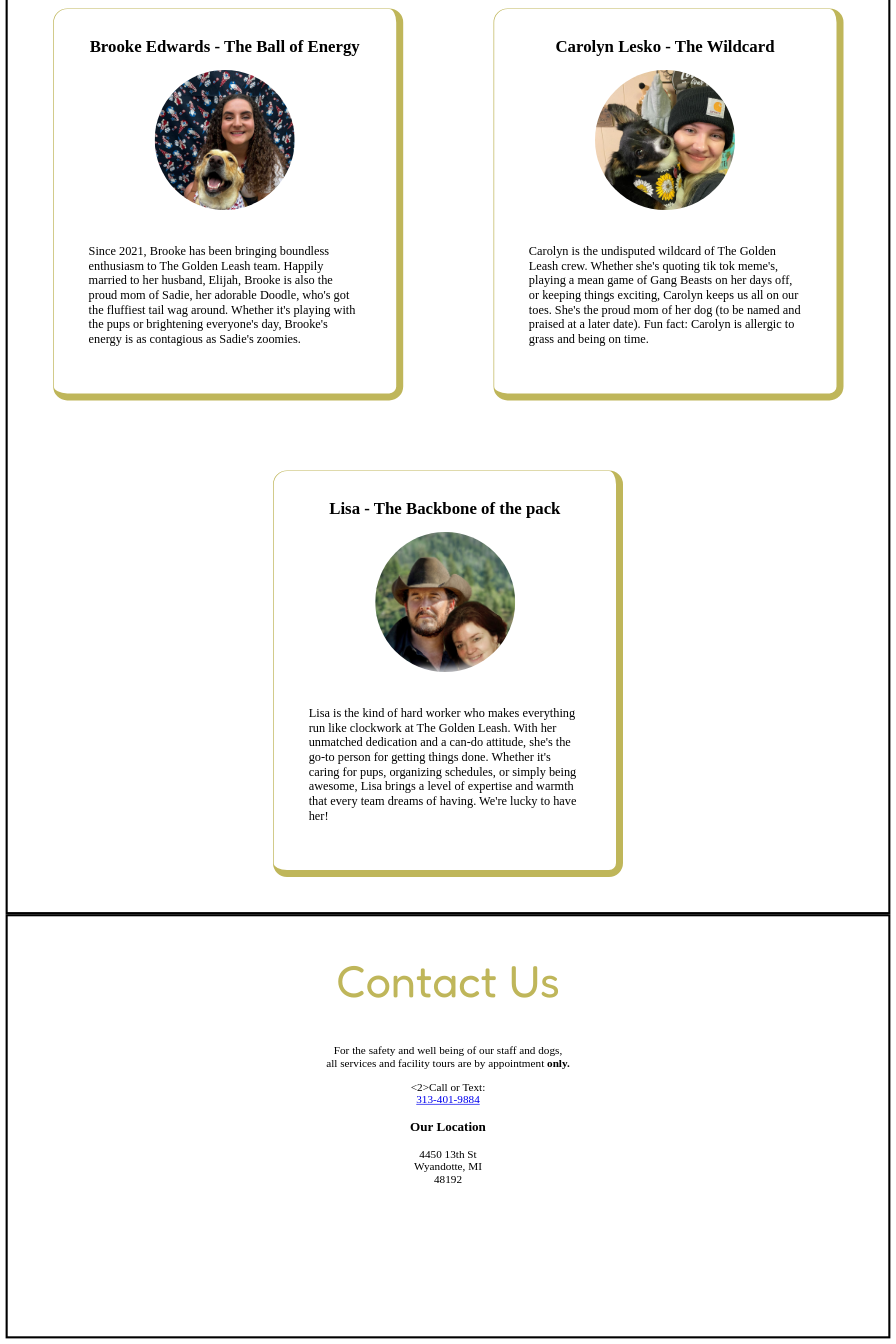
Repository: Aworminator/Thegoldenleash
Page: index.html
An editor plug-in stored every save of this project. The page is shown before and after a run of saves, followed by the edit.
The browser window is 1280 px wide. The pictures show the part of the page from y = 2820 to 4740 px (the page is 4740 px tall), at 70% of full size.

Above is the page before, as saved 2025-07-23 22:28:02.

### index.html
<!DOCTYPE html>
<html lang="en">
  <head>
    <meta charset="UTF-8" />
    <meta name="viewport" content="width=device-width, initial-scale=1.0" />
    <title>The Golden Leash</title>
    <link
      rel="stylesheet"
      href="https://cdnjs.cloudflare.com/ajax/libs/font-awesome/6.5.0/css/all.min.css"
      integrity="sha512-..."
      crossorigin="anonymous"
      referrerpolicy="no-referrer"
    />
    <link rel="stylesheet" href="style.css" />
    <link rel="preconnect" href="https://fonts.googleapis.com" />
    <link rel="preconnect" href="https://fonts.gstatic.com" crossorigin />
    <link
      href="https://fonts.googleapis.com/css2?family=Fredoka:wght@300..700&display=swap"
      rel="stylesheet"
    />
  </head>
  <body>
    <section class="home-page">
      <div class="image-container">
        <div>
          <div class="logo-container">
            <img src="./Images/GoldenLeashLogo No Nose.png" class="logo" />
            <img src="./Images/GoldenLeashLogo Nose.png" class="nose" alt="" />
          </div>
        </div>

        <ul class="list">
          <li class="list-item" id="story">Our Story</li>
          <li class="list-item" id="service">Services</li>
          <li class="list-item" id="contact">Contact Us</li>
        </ul>
      </div>
    </section>

    <section class="our-story">
      <h1>Our Story</h1>
      <p class="story-info info">
        Lorem ipsum odor amet, consectetuer adipiscing elit. Aenean quis
        bibendum condimentum mauris primis integer sollicitudin porttitor.
        Blandit condimentum aptent condimentum orci rhoncus pellentesque euismod
        a. Varius imperdiet fermentum aptent mollis sem eu. Mattis ante pharetra
        quisque nam odio nascetur per. Vitae pellentesque massa facilisi
        maecenas ligula felis. Tristique pulvinar iaculis inceptos lectus elit
        fusce. <br /><br />
        Nisl erat purus sem imperdiet varius erat taciti cursus. Leo ante lectus
        potenti lacus viverra senectus commodo fringilla. Imperdiet est
        parturient ornare imperdiet tempor vulputate. Parturient porttitor
        quisque platea turpis vel porta. Torquent feugiat curabitur posuere
        hendrerit ipsum eros vel erat. Aenean netus proin arcu taciti nec
        efficitur ullamcorper.
      </p>
    </section>

    <section class="services">
      <h1>Services</h1>
      <h2 class="clickForInfo">Click for Info</h2>
      <div class="icon-container">
        <i class="fa-solid fa-house icon" id="boarding"></i>
        <i class="fa-solid fa-dog icon" id="daycare"></i>
        <i class="fa-solid fa-paw icon" id="walks"></i>
        <i class="fa-solid fa-bath icon" id="grooming"></i>
      </div>

      <div class="service-info info" id="boarding">
        <h3>Boarding</h3>
        <h3>$75 Per/Night</h3>
        <h3>$80 Per/Night (In Home Boarding)</h3>
        <p>
          At The Golden Leash, our boarding service is truly cage-free—your dog
          enjoys a comfortable, home-like environment 24/7 with no kennels or
          crates. We believe every pup deserves freedom, companionship, and
          personalized attention, so they’re never confined and always part of
          the family. <br /><br />
          For dogs who prefer familiar surroundings, we also offer in-home
          boarding. Our trusted staff can stay at your home, ensuring your dog’s
          routine and comfort are maintained while you’re away. Whether at our
          place or yours, your dog receives loving care, playtime, and
          relaxation—just like they’re at home!
        </p>
      </div>
      <div class="service-info info" id="daycare">
        <h3>Daycare</h3>
        <h3>$35 Full Day (6-9 Hours)</h3>
        <h3>$25 Half Day (3-5 Hours)</h3>
        <p>
          At The Golden Leash, our doggy daycare is a great environment where
          your pup can play, socialize, and relax just like at home. We believe
          dogs thrive when they’re free to interact and explore, so we provide
          supervised group play and plenty of space for every personality.
          <br /><br />
          Our experienced staff ensures each dog’s safety and comfort, offering
          personalized attention throughout the day. Whether your dog loves to
          romp with friends or prefers quiet time, we tailor their experience to
          meet their needs. Give your dog a fun, stress-free day—no cages, just
          care!
        </p>
      </div>
      <div class="service-info info" id="walks">
        <h3>Walks</h3>
        <h3>$25</h3>
        <h4>(Starting at)</h4>
        <p>
          At The Golden Leash, we bring personalized care directly to you! Our
          team will stop by to check on your dog and take them for a walk
          tailored to their needs. Each walk typically lasts around 45 minutes,
          giving your pup plenty of exercise and attention. <br /><br />
          Your dog's safety and well-being are our top priorities. That’s why we
          monitor the weather closely, ensuring your furry friend isn’t exposed
          to unsafe conditions. We avoid walks in temperatures below 28°F, and
          during extreme heat, we’ll adjust walk times to protect your dog’s
          paws from hot sidewalks. Because your dog deserves the very best
          care—rain, shine, or snow!
        </p>
      </div>
      <div class="service-info info" id="grooming">
        <h3>Grooming</h3>
        <h3>$40 Basic Bath</h3>
        <h3>$50 Deshed</h3>
        <h4>(Starting at)</h4>
        <p>
          At The Golden Leash, our grooming service is designed to keep your dog
          looking and feeling their best in a stress-free, cage-free
          environment. We offer baths, brush-outs, nail trims, ear cleaning, and
          more—always tailored to your pup’s needs and comfort. <br /><br />
          Our experienced staff uses gentle techniques and high-quality products
          to ensure a safe, positive experience for every dog. Whether your pup
          needs a quick freshen-up or a full spa treatment, we provide
          personalized care with plenty of love and attention. Book a grooming
          session and let your dog shine!
        </p>
      </div>
    </section>

    <section class="staff">
      <h1>Meet The Staff!</h1>
      <div id="staff-cards"></div>
    </section>

    <section class="contact">
      <h1>Contact Us</h1>
      <div class="address-phone">
        <p>For the safety and well being of our staff and dogs, <br>
           all services and facility tours are by appointment <strong>only.</strong>

      </p>
        <p>
          <2>Call or Text:</strong><br>
          <a href="tel:+13134019884">313-401-9884</a>
          <h3>Our Location</h3>
          <div>4450 13th St
            <br>Wyandotte, MI
            <br>48192
          </div>
        </p>
    </section>

    <script src="script.js"></script>
  </body>
</html>

### style.css
h1 {
  font-family: "Fredoka", serif;
  font-optical-sizing: auto;
  font-weight: 400; /* Replace <weight> with a valid value */
  font-style: normal;
  color: #bfb65a;
  font-variation-settings: "wdth" 100;
  text-align: center;
  font-size: 4em;
}

/* Everything is looking great, just add paw background repate */

h2 {
  text-align: center;
}

.clickForInfo {
  font-family: "Fredoka", serif;
  color: #bfb65a;
}

.image-container {
  display: flex;
  flex-direction: row;
  justify-content: space-around;
}

.home-page {
  border: black solid 5px;
  min-height: 50vh;
  background-image: linear-gradient(
      rgba(255, 255, 255, 0.4),
      rgba(255, 255, 255, 0.4)
    ),
    url("./Images/Paws.png");
  background-repeat: no-repeat;
  background-position: 80%;
}

@keyframes paws-bg-move {
  0% {
    background-position: 160%;
  }
  25% {
    background-position: 140%;
  }
  50% {
    background-position: 120%;
  }
  75% {
    background-position: 100%;
  }
  100% {
    background-position: 80%;
  }
}

.home-page {
  animation: paws-bg-move 5s;
}

.services,
.staff,
.contact,
.our-story {
  border: black solid 3px;
  min-height: 600px;
}

.logo-container {
  position: relative;
  display: inline-block; /* or block, as needed */
}

.logo {
  display: block;
  width: 100%;
  max-width: 600px;
  height: auto;
}

.nose {
  position: absolute;
  left: 50%;
  top: 50%;
  transform: translate(-50%, -50%);
  width: 100%;
  height: auto;
  animation: nose-move 4s ease-in-out;
}
@keyframes nose-move {
  0% {
    transform: translate(-50%, -50%) scale(1);
  }
  25% {
    transform: translate(-50%, -50%) scale(1.2);
  }
  50% {
    transform: translate(-50%, -50%) scale(1.1);
  }
  75% {
    transform: translate(-50%, -50%) scale(1.2);
  }
  100% {
    transform: translate(-50%, -50%) scale(1);
  }
}

.list {
  font-size: 3em;
  padding: 50px;
}

li {
  font-family: "Fredoka", serif;
  font-optical-sizing: auto;
  font-weight: 400; /* Replace <weight> with a valid value */
  font-style: normal;
  color: #bfb65a;
  font-variation-settings: "wdth" 100;
  font-size: 1.3em;
  margin-bottom: 80px;
  text-shadow: 3px 3px 0px rgba(191, 183, 90, 0.336),
    0 0 16px rgba(191, 182, 90, 0.25);
}

.icon-container {
  display: flex;
  justify-content: center;
}

.icon {
  background-color: #bfb65a;
  width: 100px;
  aspect-ratio: 1 / 1;
  border-radius: 50%;
  display: flex;
  justify-content: center;
  align-items: center;
  font-size: 2em;
  margin: 30px;
}

.icon:hover,
.list-item:hover {
  transform: scale(1.1);
  transition: transform 0.2s;
}

.icon:active,
.list-item:active {
  transform: scale(0.9);
  transition: transform 0.2s;
}

.service-info,
.story-info {
  text-align: center;
  font-size: 1.5rem;
  margin: 100px;
}

.service-info {
  display: none;
  max-width: 1000px;
  /* width: 100%; */
  margin: 80px auto;
  background-color: rgb(229, 229, 229);
  border-radius: 10px;
  padding: 5px;
  animation: slide-fwd-tr 1.3s cubic-bezier(0.25, 0.46, 0.45, 0.94) both;
}

.service-info p {
  max-width: 500px;
  /* width: 1000%; */
  margin: 50px auto;
}

.card {
  width: 100%;
  max-width: 500px;
  border: none;
  border-bottom: 10px solid #bfb65a;
  border-right: 10px solid #bfb65a;
  border-top: 1px solid #bfb65a;
  border-left: 1px solid #bfb65a;
  border-radius: 20px;
  display: flex;
  flex-direction: column;
  justify-content: flex-start;
  align-items: center;
  margin: 50px;
  padding: 20px;
  box-sizing: border-box;
  overflow-wrap: break-word;
  word-wrap: break-word;
}

.profile-pic {
  height: 200px;
  border-radius: 50%;
  object-fit: cover;
  object-position: top;
  width: 200px;
}

.profile-pic:hover {
  transform: scale(1.15);
  transition: transform 0.2s;
}

#staff-cards {
  display: flex;
  flex-direction: row;
  flex-wrap: wrap;
  align-items: center;
  justify-content: space-around;
}

.staff-info {
  padding: 30px;
  font-size: 1.1em;
}

.address-phone {
  text-align: center;
}

@keyframes slide-fwd-tr {
  0% {
    opacity: 0%;
    transform: translateZ(180px) translateY(120px) translateX(-120px);
  }
  100% {
    opacity: 100%;
    transform: translateZ(0px) translateY(0px) translateX(0px);
  }
}

@media (max-width: 900px) {
  .image-container {
    flex-direction: column;
    align-items: center;
  }

  .info {
    font-size: 0.8em;
    width: 50%;
    /* figure out a way to make this wider */
  }

  .icon {
    font-size: 1.4em;
    margin: 15px;
  }

  .staff-info {
    width: 250px;
    font-size: 0.9em;
    overflow: visible;
    padding: 10px;
  }

  .service-info {
    width: 300px;
  }

  .card {
    margin: 20px;
    padding: 20px;
  }

  h1 {
    font-size: 2.5em;
  }

  li {
    font-size: 1em;
  }

  h2 {
    font-size: 1.2em;
    padding: 5px;
  }
}

@media (max-width: 600px) {
  .contact-form {
    padding: 18px 8px 14px 8px;
    max-width: 95vw;
  }
}

/* Contact Form Styles */
.contact-form {
  max-width: 500px;
  margin: 40px auto 0 auto;
  border-radius: 16px;
  box-shadow: 0 4px 24px rgba(191, 182, 90, 0.15);
  padding: 32px 28px 24px 28px;
  display: flex;
  flex-direction: column;
  gap: 18px;
}
.form-group {
  display: flex;
  flex-direction: column;
  gap: 6px;
}
.contact-form label {
  font-size: 1.1em;
  color: black;
  font-weight: 600;
  margin-bottom: 2px;
}
.contact-form input,
.contact-form textarea {
  padding: 10px 12px;
  border: 1.5px solid black;
  border-radius: 8px;
  font-size: 1em;
  font-family: inherit;
  transition: border 0.2s;
}
.contact-form input:focus,
.contact-form textarea:focus {
  outline: none;
  border: 2px solid black;
}
.contact-btn {
  background: #bfb65a;
  color: #fff;
  border: none;
  border-radius: 8px;
  padding: 12px 0;
  font-size: 1.1em;
  font-weight: 700;
  cursor: pointer;
  margin-top: 10px;
  box-shadow: 0 2px 8px rgba(191, 182, 90, 0.12);
  transition: background 0.2s, transform 0.2s;
}
.contact-btn:hover {
  background: #a49e4a;
  transform: translateY(-2px) scale(1.03);
}

### script.js
const staffMembers = [
  {
    name: "Alicia Stamper",
    title: "The top dog",
    image: "./Images/Staff Pictures/Alicia TGL Picture.jpg",
    info: "Alicia has been running The Golden Leash for over six years, and when she's not busy caring for your pups, she's baking up gourmet treats in her own doggy bakery. As the proud mom of Luke (her Hyena-like furball) and Clover (her lovable Black Lab), Alicia knows her way around a tail wag or two. When she's not running the show, you'll find her savoring a hot cup of tea, surrounded by friends and family, and enjoying a well-deserved Saturday chill session.",
  },
  {
    name: "Toni Garnica",
    title: "The partner in paws",
    image: "./Images/Staff Pictures/Toni TGL Picture.jpg",
    info: "Toni joined forces with Alicia in 2020 to make The Golden Leash the bark-tastic business it is today. She's happily married to Alec Garnica, her husband and fellow adventurer, and together they parents of : Obi (their devoted German Shepherd) and their mischievous feline sons, Po (Tuxedo Cat) and Hopper (Black Cat). Toni's all about loving her people, exploring her creative passions, and walking through life with God by her side—usually with Obi in tow.",
  },
  {
    name: "Brooke Edwards",
    title: "The Ball of Energy",
    image: "./Images/Staff Pictures/Brooke TGL Picture.jpg",
    info: "Since 2021, Brooke has been bringing boundless enthusiasm to The Golden Leash team. Happily married to her husband, Elijah, Brooke is also the proud mom of Sadie, her adorable Doodle, who's got the fluffiest tail wag around. Whether it's playing with the pups or brightening everyone's day, Brooke's energy is as contagious as Sadie's zoomies.",
  },
  {
    name: "Carolyn Lesko",
    title: "The Wildcard",
    image: "./Images/Staff Pictures/Carolyn TGL Picture.jpg",
    info: "Carolyn is the undisputed wildcard of The Golden Leash crew. Whether she's quoting tik tok meme's, playing a mean game of Gang Beasts on her days off, or keeping things exciting, Carolyn keeps us all on our toes. She's the proud mom of her dog (to be named and praised at a later date). Fun fact: Carolyn is allergic to grass and being on time.",
  },
  {
    name: "Lisa",
    title: "The Backbone of the pack",
    image: "./Images/Staff Pictures/Lisa and rip Van Winkle.png",
    info: "Lisa is the kind of hard worker who makes everything run like clockwork at The Golden Leash. With her unmatched dedication and a can-do attitude, she's the go-to person for getting things done. Whether it's caring for pups, organizing schedules, or simply being awesome, Lisa brings a level of expertise and warmth that every team dreams of having. We're lucky to have her!",
  },
];

const story = document.querySelector("#story");
const services = document.querySelector("#service");
const contact = document.querySelector("#contact");
const storySection = document.querySelector(".our-story");
const servicesSection = document.querySelector(".services");
const contactSection = document.querySelector(".contact");
const house = document.querySelector(".fa-house");
const dog = document.querySelector(".fa-dog");
const paw = document.querySelector(".fa-paw");
const bath = document.querySelector(".fa-bath");
const serviceInfo = document.querySelector(".service-info");
const boarding = document.querySelector("#boarding");
const grooming = document.querySelector("#grooming");
const walks = document.querySelector("#walks");
const daycare = document.querySelector("#daycare");
const service = document.querySelector(".services");
const staffCards = document.querySelector("#staff-cards");
const iconContainer = document.querySelectorAll(".icon-container i");

let allSections = document.querySelectorAll(".service-info");

// Loop for the list items.

// FIX THIS. Make it go to each section class.
document.querySelectorAll(".list-item").forEach((list) => {
  list.addEventListener("click", () => {
    const targetID = list.id;
    const targetSection = document.getElementById(targetID);

    if (targetSection) targetSection.scrollIntoView({ behavior: "smooth" });
  });
});

story.addEventListener("click", () => {
  storySection.scrollIntoView({ behavior: "smooth" });
});

services.addEventListener("click", () => {
  servicesSection.scrollIntoView({ behavior: "smooth" });
});

contact.addEventListener("click", () => {
  contactSection.scrollIntoView({ behavior: "smooth" });
});

// Loop for the icons.
iconContainer.forEach((icon) => {
  icon.addEventListener("click", () => {
    const sectionId = icon.id;

    allSections.forEach((section) => {
      section.style.display = section.id === sectionId ? "block" : "none";
    });
    const targetSection = document.getElementById(sectionId);
    if (targetSection) targetSection.scrollIntoView({ behavior: "smooth" });
  });
});

staffMembers.forEach((person) => {
  const newCard = document.createElement("div");
  newCard.classList.add("card");
  newCard.innerHTML = `<h2>${person.name} - ${person.title}</h2>
          <img
            src="${person.image}"
            alt="${person.name} Profile-Pic"
            class="profile-pic"
          />
          <p class="staff-info info">
            ${person.info}
          </p>`;
  staffCards.appendChild(newCard);
});

After the next 4 saves:
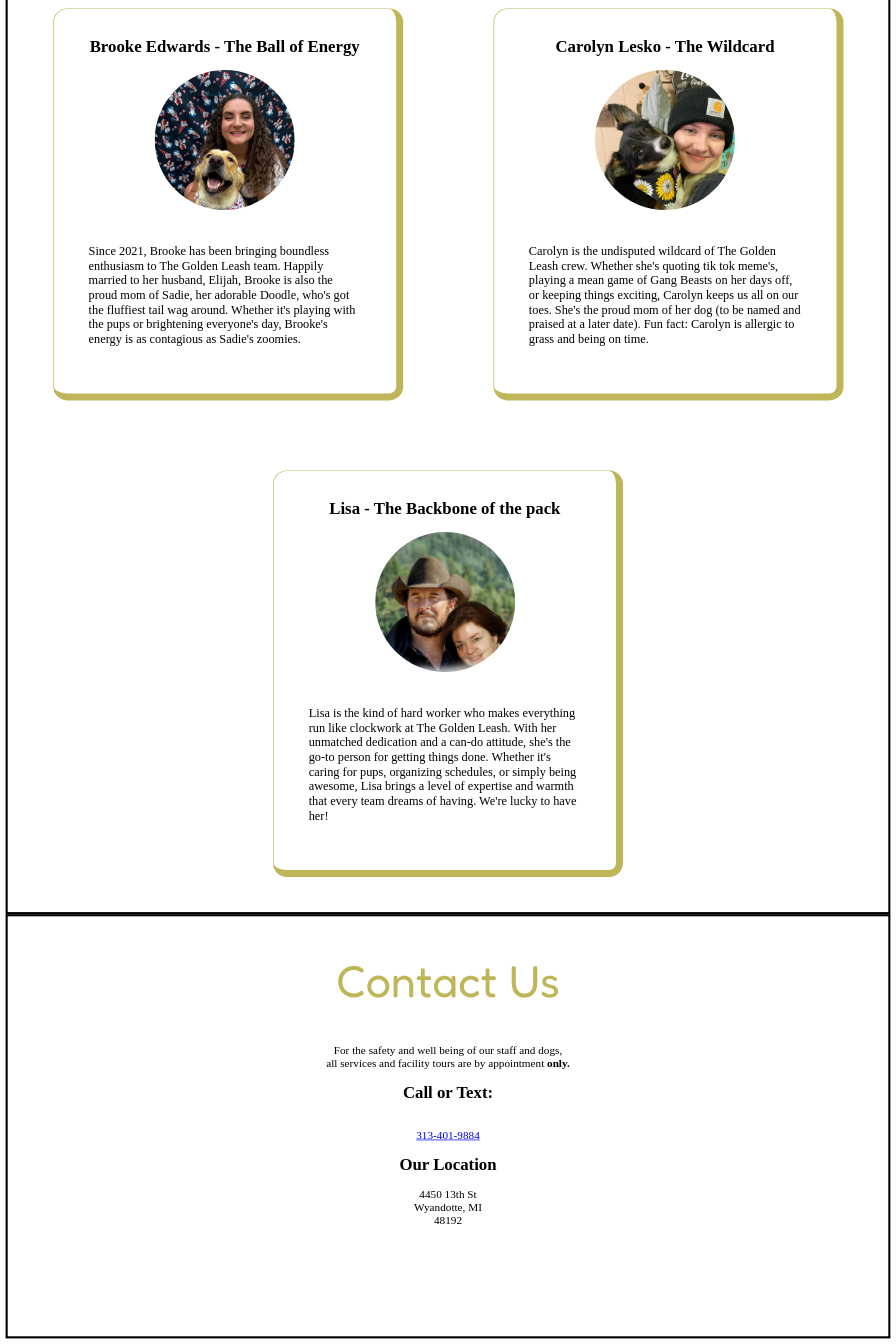
The 4 saves are shown as one change because they came seconds apart.
The last was saved 11 s later.
--- a/index.html
+++ b/index.html
@@ -149,9 +149,9 @@
 
       </p>
         <p>
-          <2>Call or Text:</strong><br>
+          <h2>Call or Text:</h2><br>
           <a href="tel:+13134019884">313-401-9884</a>
-          <h3>Our Location</h3>
+          <h2>Our Location</h2>
           <div>4450 13th St
             <br>Wyandotte, MI
             <br>48192
